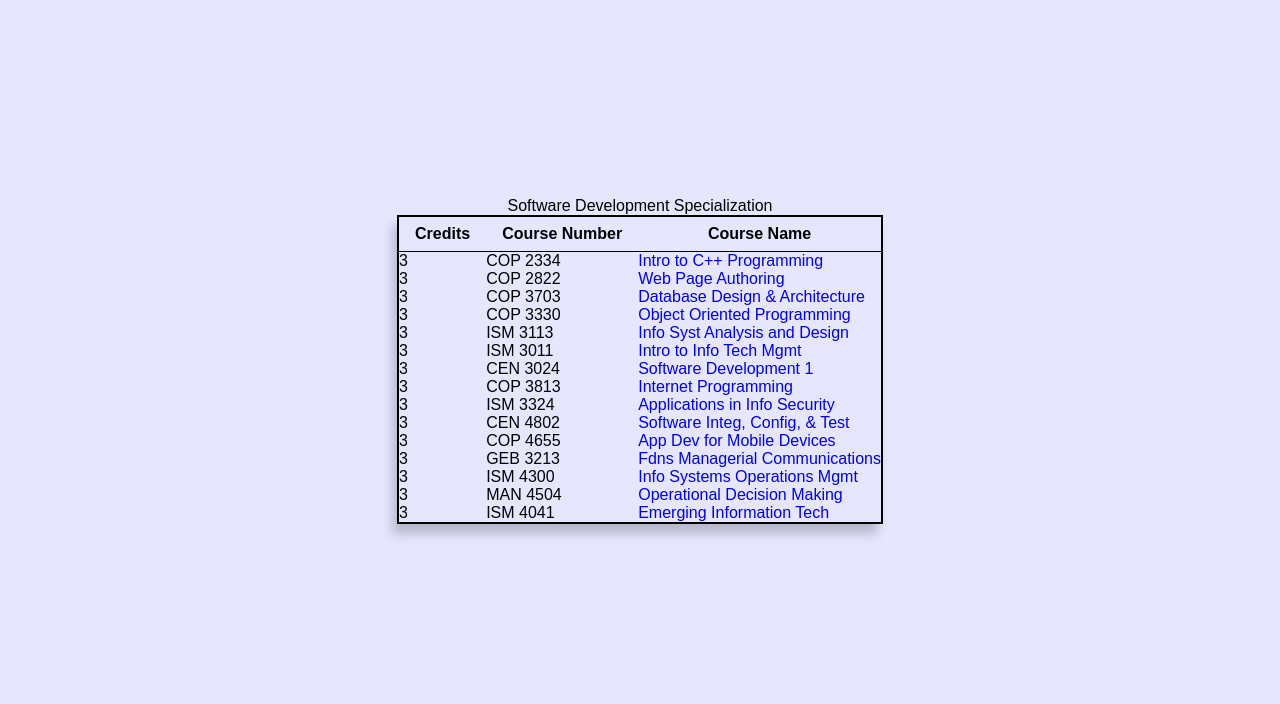
Repository: mlmEFSC21/P3-DegreeSpecializationTable
Page: index.html
An editor plug-in stored every save of this project. The page is shown before and after the next save, followed by the edit.
The browser window is 1280 px wide. The pictures show the whole page.
Some web fonts or font styles are not loaded; a fallback is used.

Above is the page before, as saved 2022-02-01 21:16:25.

After the next save:
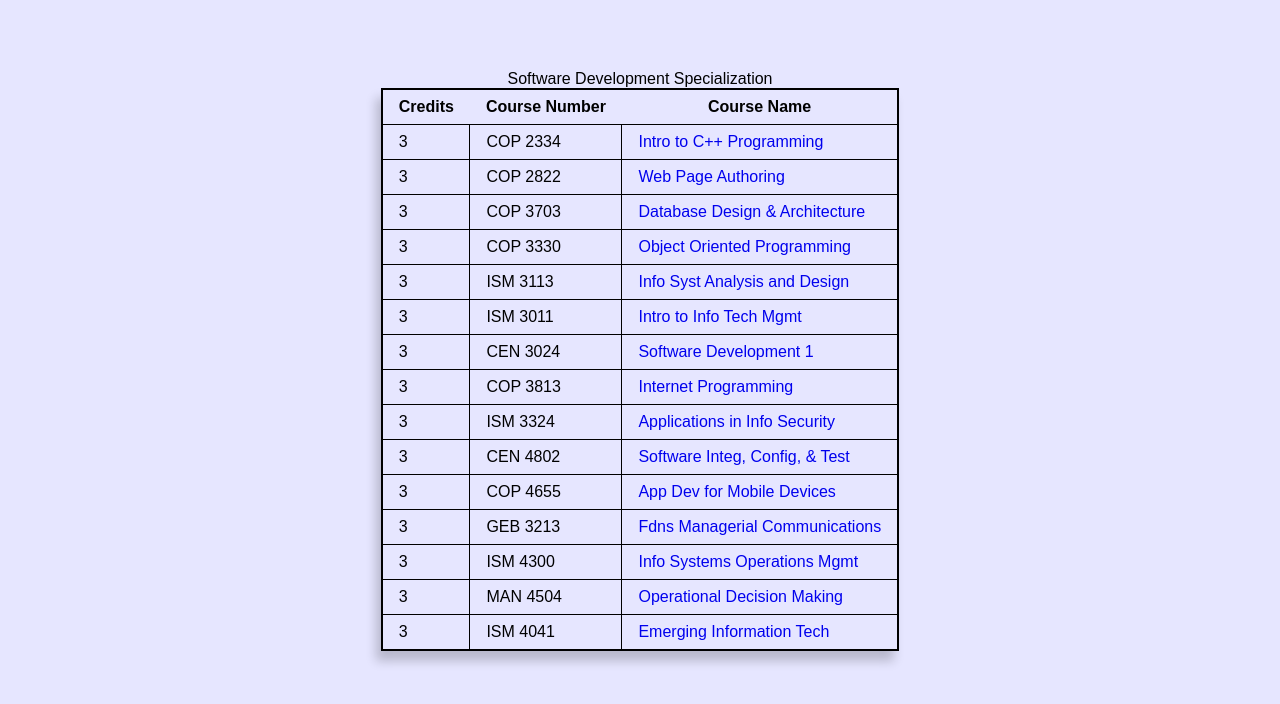
Saved 21 s later.
--- a/tableStyles.css
+++ b/tableStyles.css
@@ -36,7 +36,7 @@ th {
     padding: 0.5rem 1rem;
 }
 td {
-    border: 1px solid black
+    border: 1px solid black;
     padding: 0.5rem 1rem;
 }
 a {
